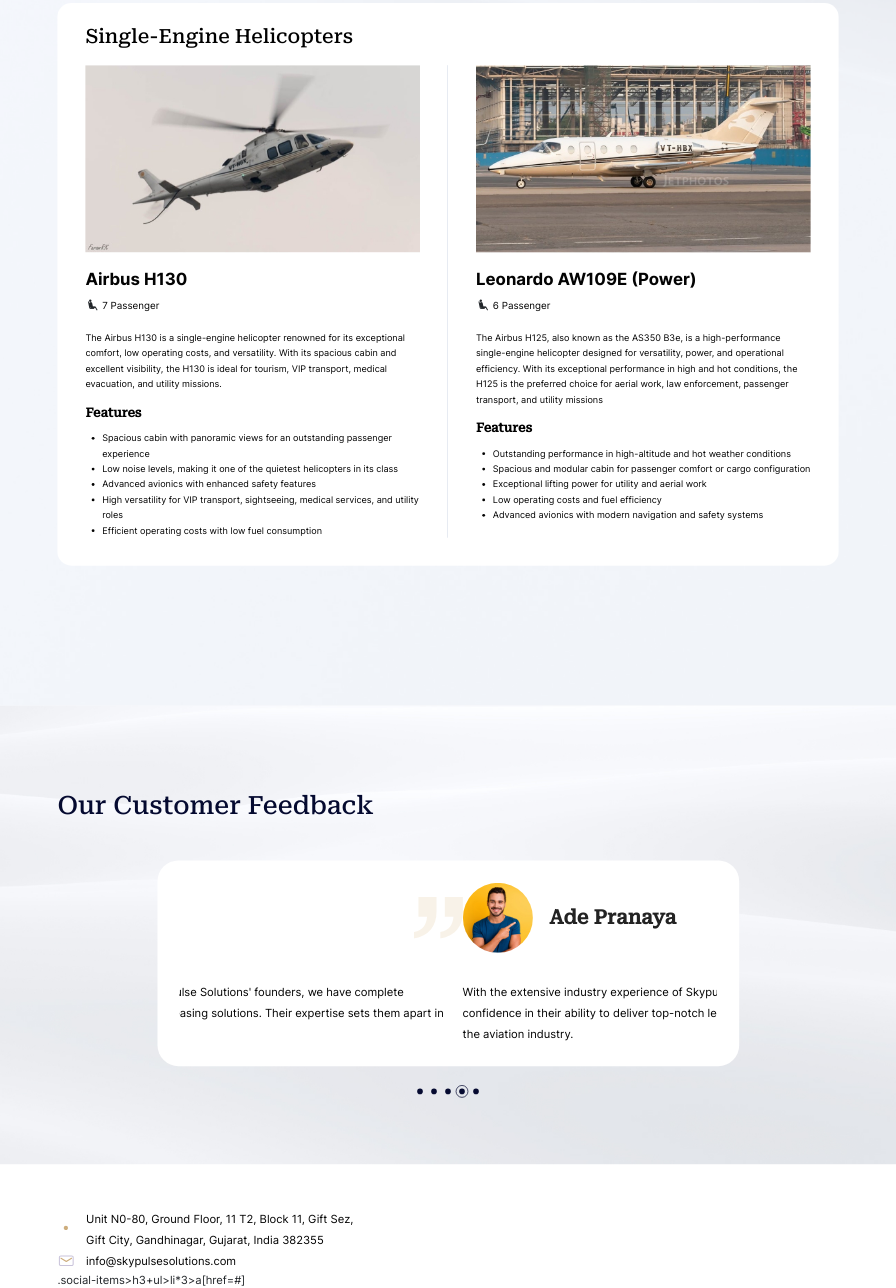
Repository: mangalravi/SkyPulse
Page: index.html
An editor plug-in stored every save of this project. The page is shown before and after a run of saves, followed by the edit.
The browser window is 1280 px wide. The pictures show the part of the page from y = 4213 to 6133 px (the page is 6053 px tall before and 6133 px after), at 70% of full size.

Above is the page before, as saved 2024-12-30 14:26:08.

After the next 2 saves:
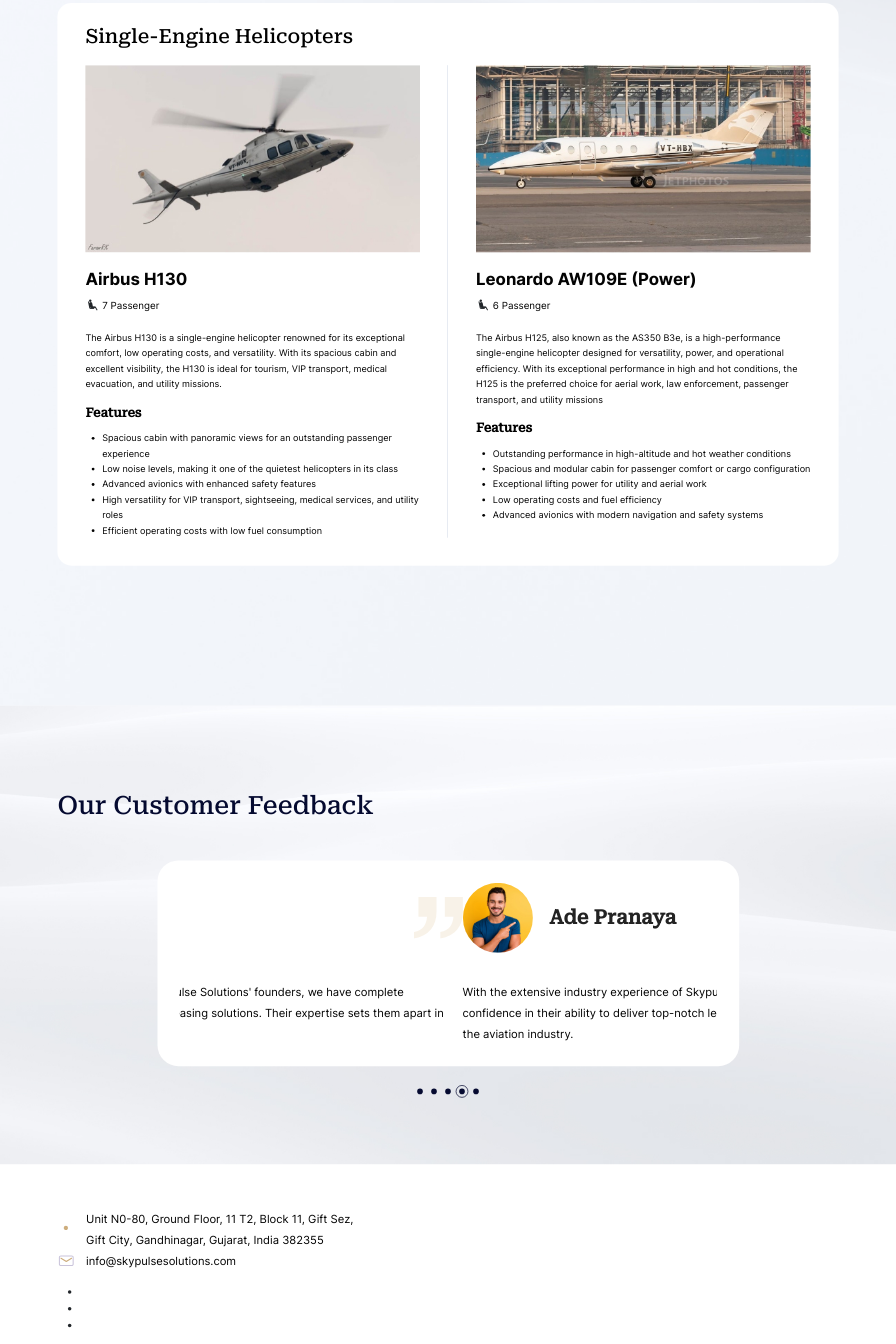
The 2 saves are shown as one change because they came seconds apart.
The last was saved 10 s later.
--- a/index.html
+++ b/index.html
@@ -345,7 +345,14 @@
                     <img src="content/images/email.svg" alt="email">
                     <p class="mb-0 ms-3">info@skypulsesolutions.com</p>
                   </a>
-                  .social-items>h3+ul>li*3>a[href=#]
+                  <div class="social-items">
+                    <h3></h3>
+                    <ul>
+                      <li><a href="#"><img src="" alt=""></a></li>
+                      <li><a href="#"><img src="" alt=""></a></li>
+                      <li><a href="#"><img src="" alt=""></a></li>
+                    </ul>
+                  </div>
                 </div>
                 <div class="col-md-7"></div>
               </div>
